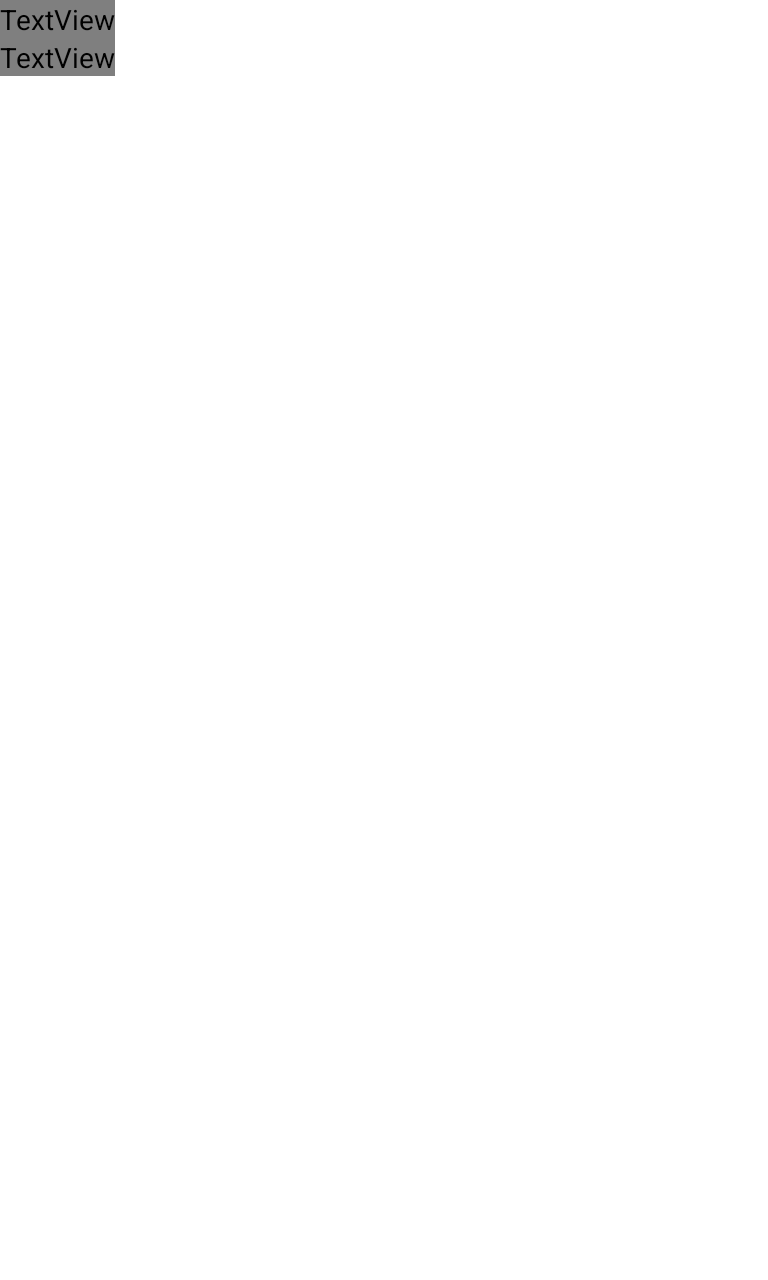
Repository: Spyrko/TripTracker
Layout: de.spyrko.triptracker/res/layout/trip_list_view.xml
These files come from the project's save history. The layout is drawn as it stood at one moment and after the next save; the edit follows.
Pictures or frames that could not be fetched are drawn as grey boxes. It is drawn on a 768 x 1280 px phone screen (xhdpi) without system bars, with theme AppTheme; the app's code is not run.

Above is the layout before, as saved 2014-01-13 22:40:47.

After the next save:
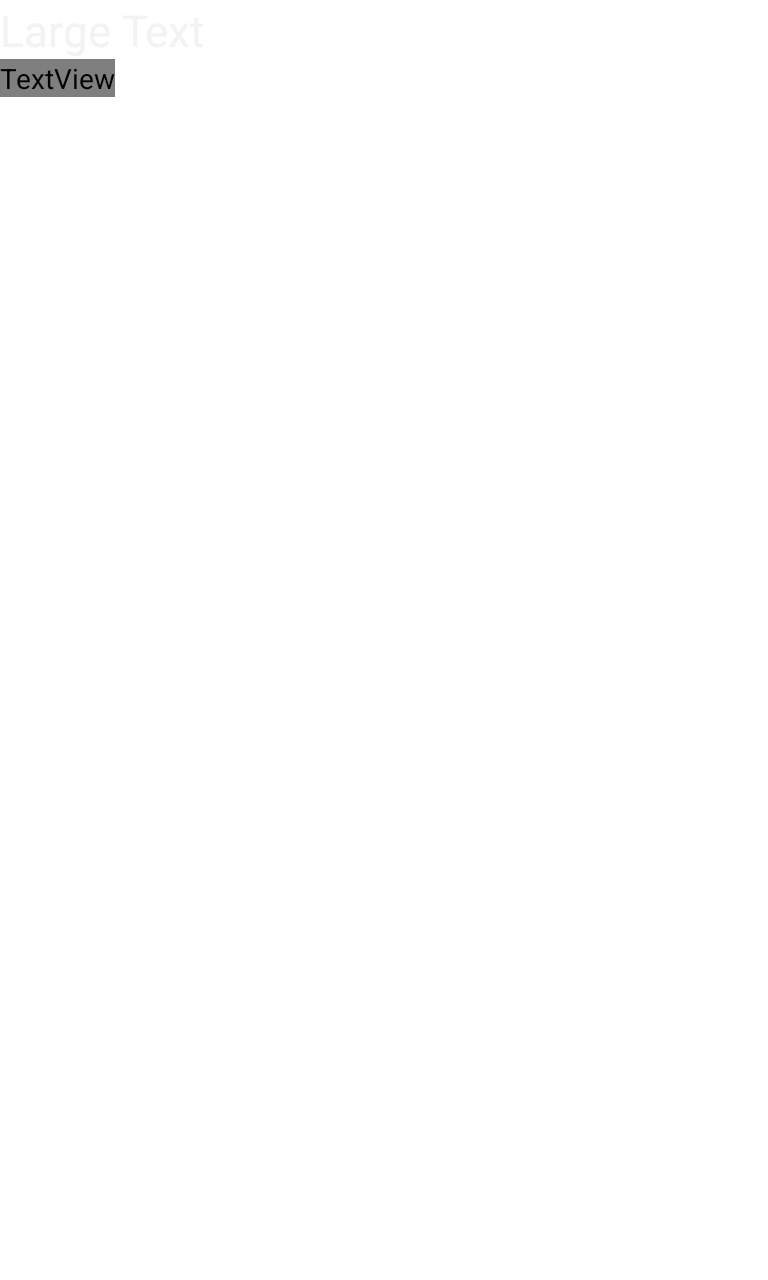
Saved 66 s later.
--- a/de.spyrko.triptracker/res/layout/trip_list_view.xml
+++ b/de.spyrko.triptracker/res/layout/trip_list_view.xml
@@ -11,7 +11,7 @@
         android:layout_height="wrap_content"
         android:text="Large Text"
         android:textAppearance="?android:attr/textAppearanceLarge"
-        android:textColor="?android:color/textColorPrimaryInverse" />
+        android:textColor="?android:attr/textColorPrimaryInverse" />
 
     <TextView
         android:id="@+id/h2"
